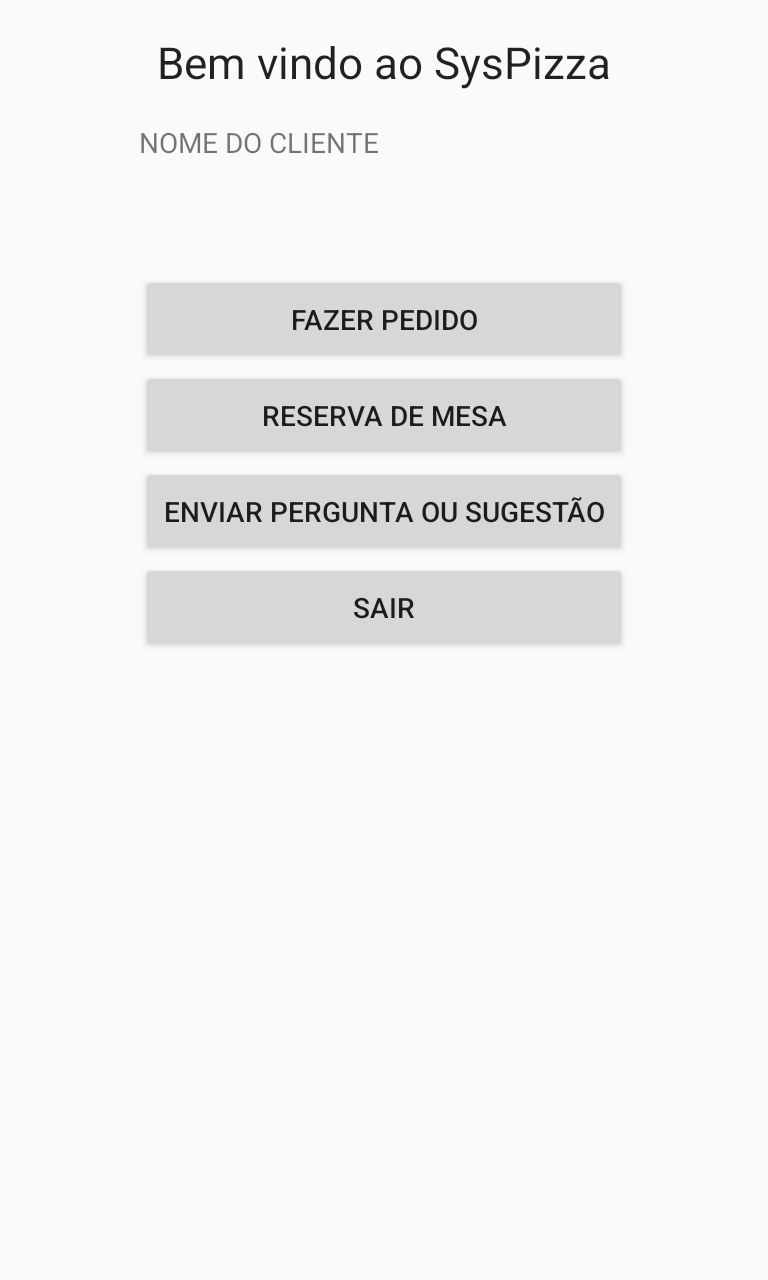
Repository: LucasSampaio/SysPizza-PSI
Layout: CodigoFonte/MOBILE/SysPizza/res/layout/activity_efetuar_pedido.xml
The author's editor kept a copy of each file at every save. The layout is drawn from the files as they stood at one save, then again after the next save.
It is drawn on a 768 x 1280 px phone screen (xhdpi) without system bars, with theme AppTheme; the app's code is not run.

Above is the layout before, as saved 2014-09-20 01:09:53.

After the next save:
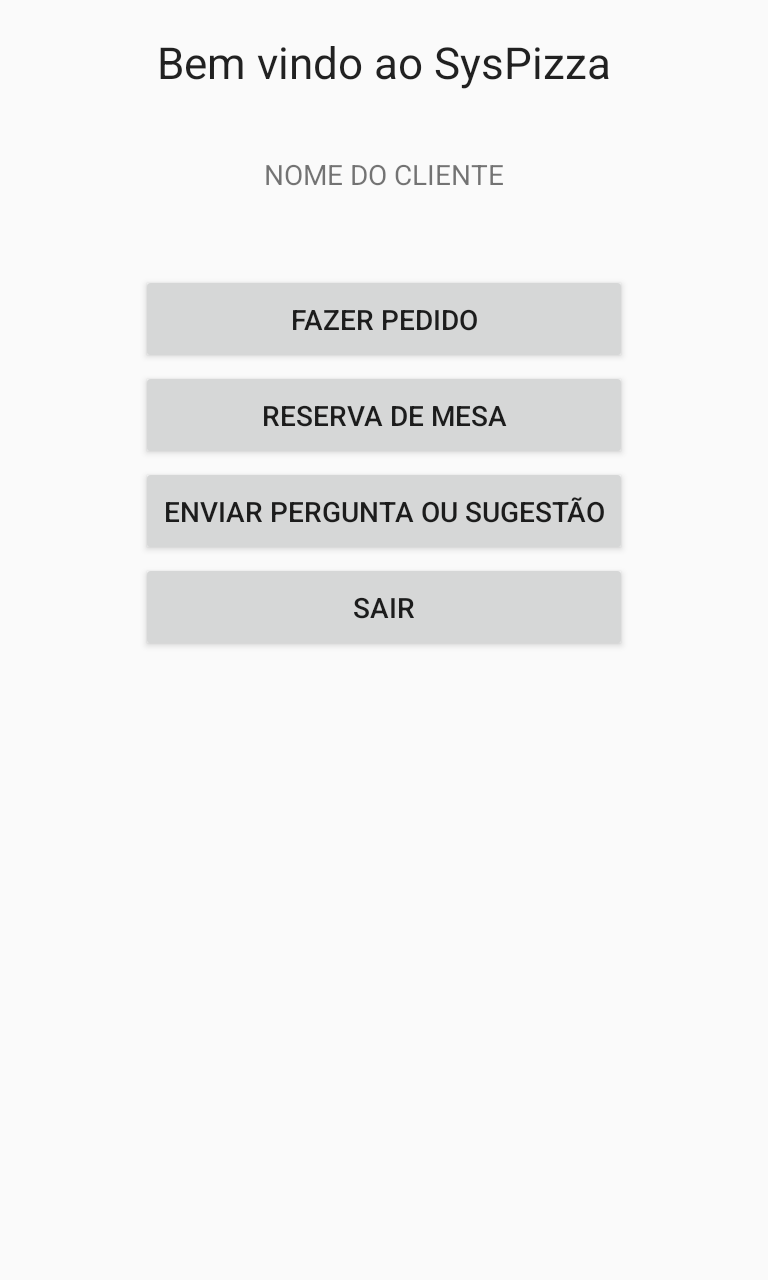
Saved 56 s later.
--- a/CodigoFonte/MOBILE/SysPizza/res/layout/activity_efetuar_pedido.xml
+++ b/CodigoFonte/MOBILE/SysPizza/res/layout/activity_efetuar_pedido.xml
@@ -57,9 +57,9 @@
         android:id="@+id/tVNomeDoCliente"
         android:layout_width="wrap_content"
         android:layout_height="wrap_content"
-        android:layout_alignLeft="@+id/btEfetuarPedido"
         android:layout_below="@+id/textView1"
-        android:layout_marginTop="16dp"
+        android:layout_centerHorizontal="true"
+        android:layout_marginTop="32dp"
         android:text="NOME DO CLIENTE" />
 
 </RelativeLayout>
